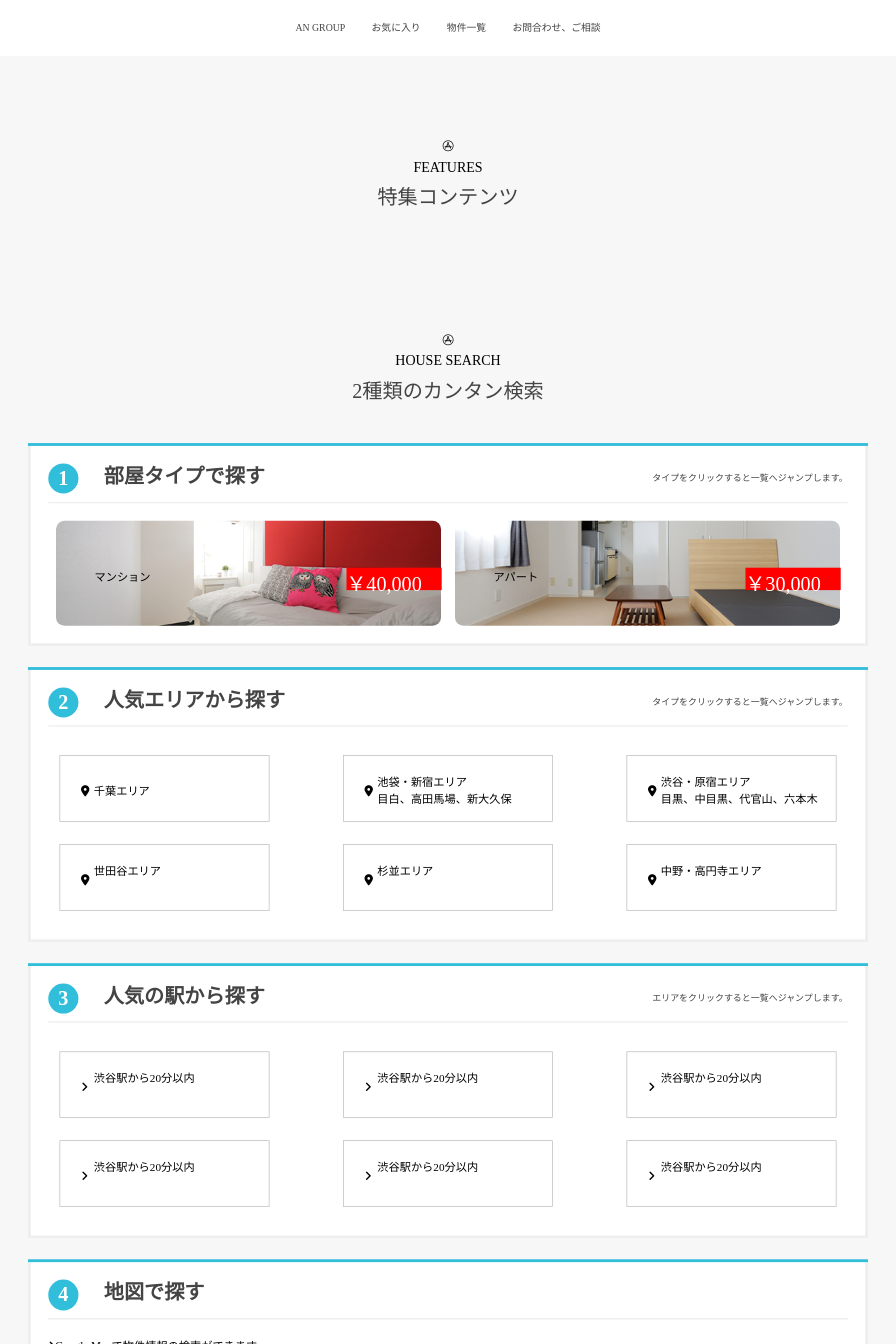
Repository: ninhdavid/real-estate
Page: index.html
An editor plug-in stored every save of this project. The page is shown before and after the next save, followed by the edit.
The browser window is 1280 px wide. The pictures show the part of the page from y = 0 to 1920 px (the page is 3289 px tall), at 70% of full size.
Some web libraries are served in a nearby version. The style sheet was rebuilt from its Sass, Less or Tailwind sources for each picture, by a compiler version that may differ from the author's.

Above is the page before, as saved 2022-05-27 20:46:39.

After the next save:
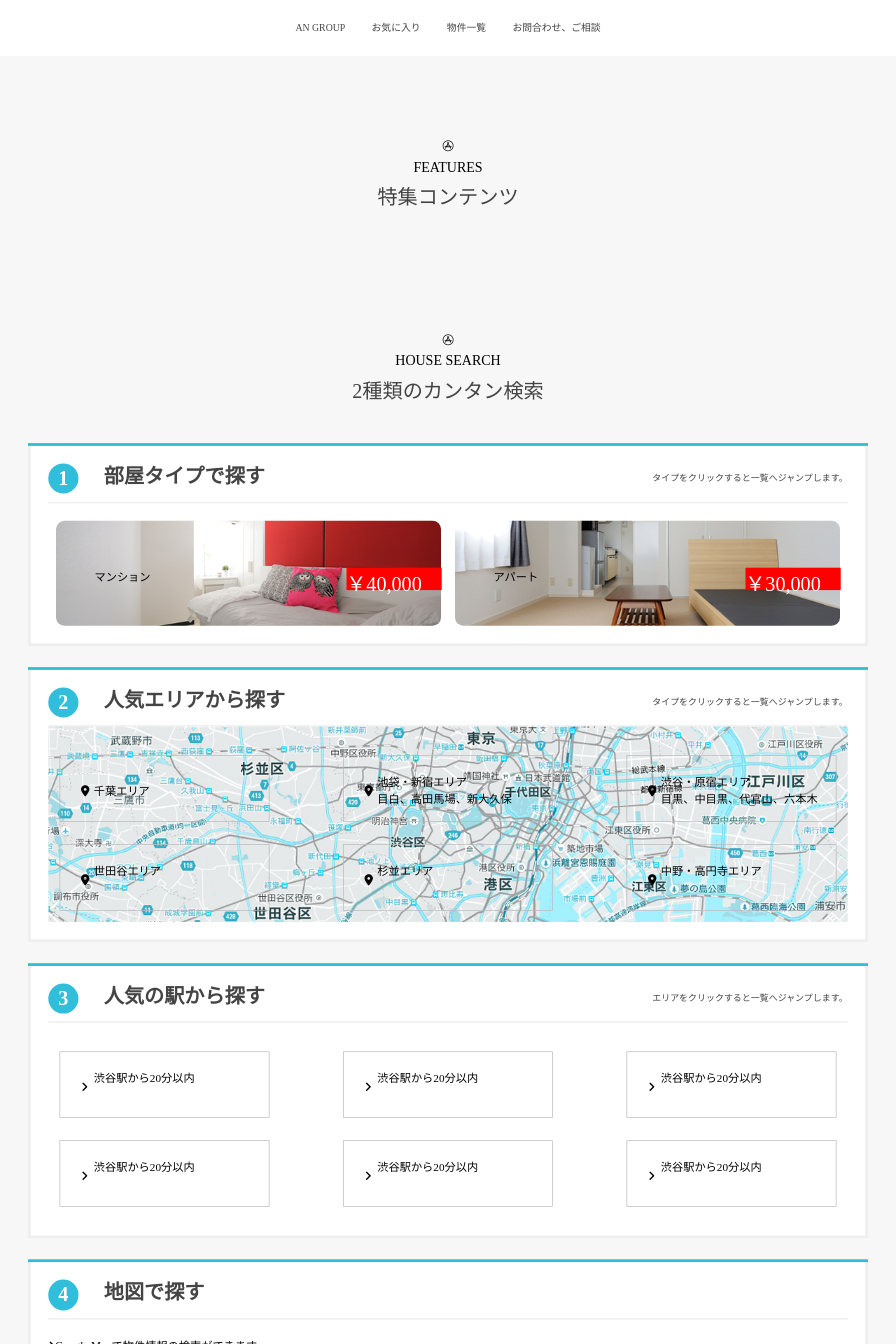
Saved 4 s later.
--- a/index.html
+++ b/index.html
@@ -73,7 +73,8 @@
                             </h3>
                             <p>タイプをクリックすると一覧へジャンプします。</p>
                         </div>
-                        <div class="type-list location-list">
+                        <div class="type-list location-list"
+                            style="background-image:url(./asset/img/img-for-homepage/bg-map.jpg);">
                             <div class="type-list-des location-des location-des-center">
                                 <i class="fa-solid fa-location-dot"></i>
                                 <p>千葉エリア</p>
